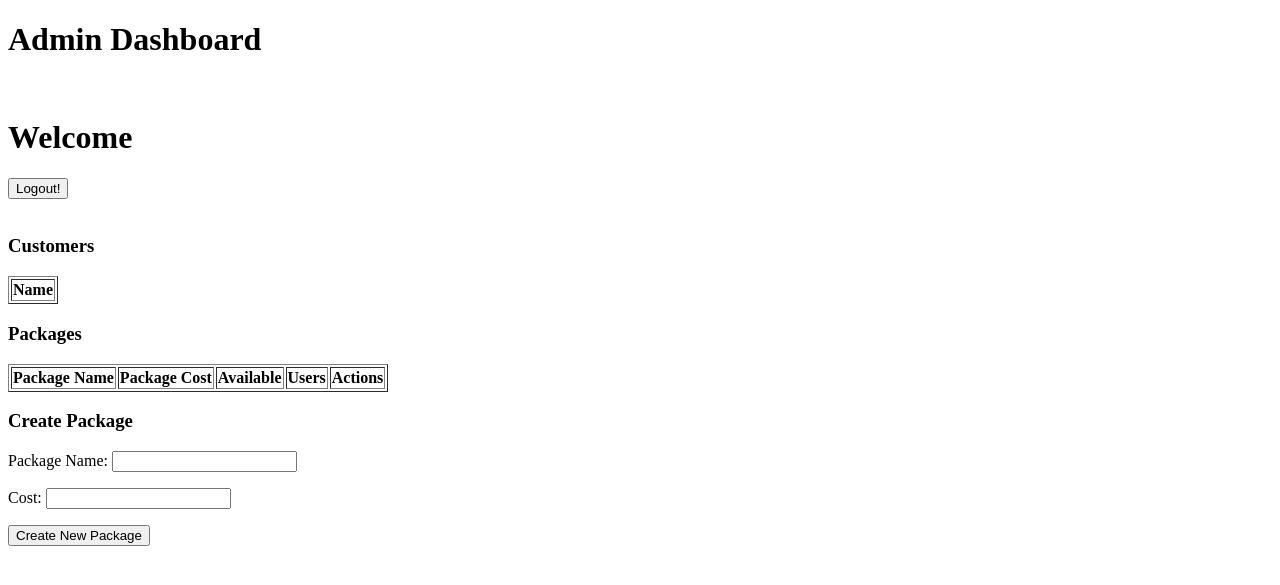
Repository: jshin07/Java
Page: http://localhost/javabelt1/WEB-INF/admin.jsp
An editor plug-in stored every save of this project. The page is shown before and after the next save, followed by the edit.
The browser window is 1280 px wide. The pictures show the whole page.
The page is served by Tomcat 9. Nobody is signed in. The template is opened directly, without the code that normally fills it, so the values that code supplies are empty.

Above is the page before, as saved 2017-07-27 23:49:17.

After the next save:
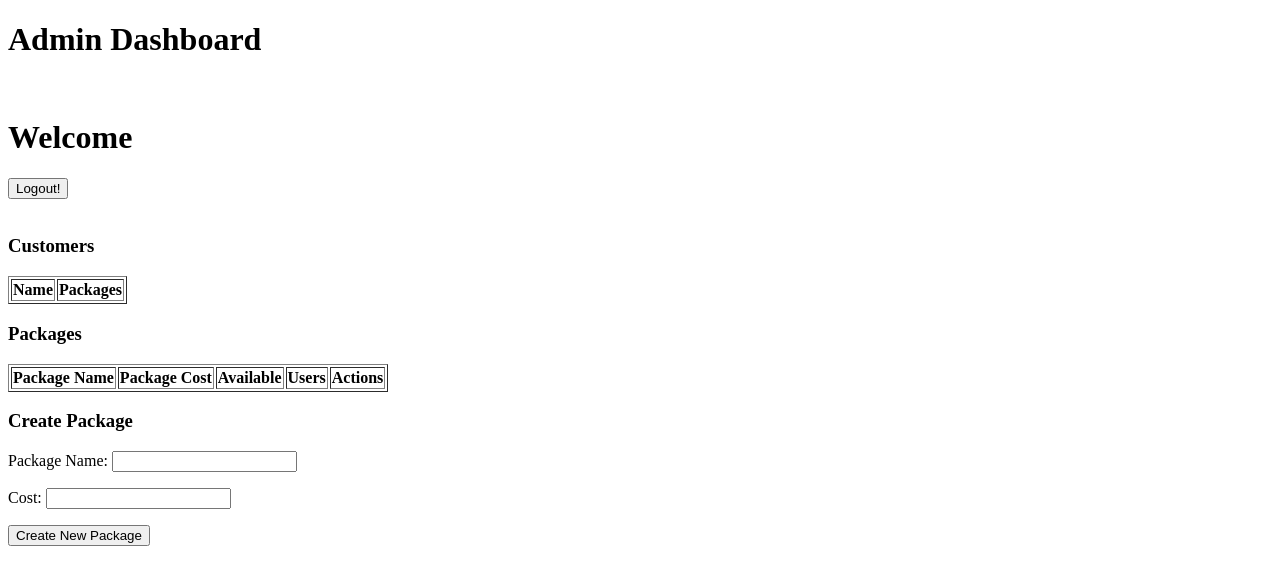
Saved 23 s later.
--- a/SpringTool/javabelt1/src/main/webapp/WEB-INF/admin.jsp
+++ b/SpringTool/javabelt1/src/main/webapp/WEB-INF/admin.jsp
@@ -22,6 +22,7 @@
     <table border="1">
     <tr>
         <th> Name </th>
+        <th> Packages </th>
     </tr>
     <tbody>
     <c:forEach items="${allUsers}" var="user" varStatus="loop">
